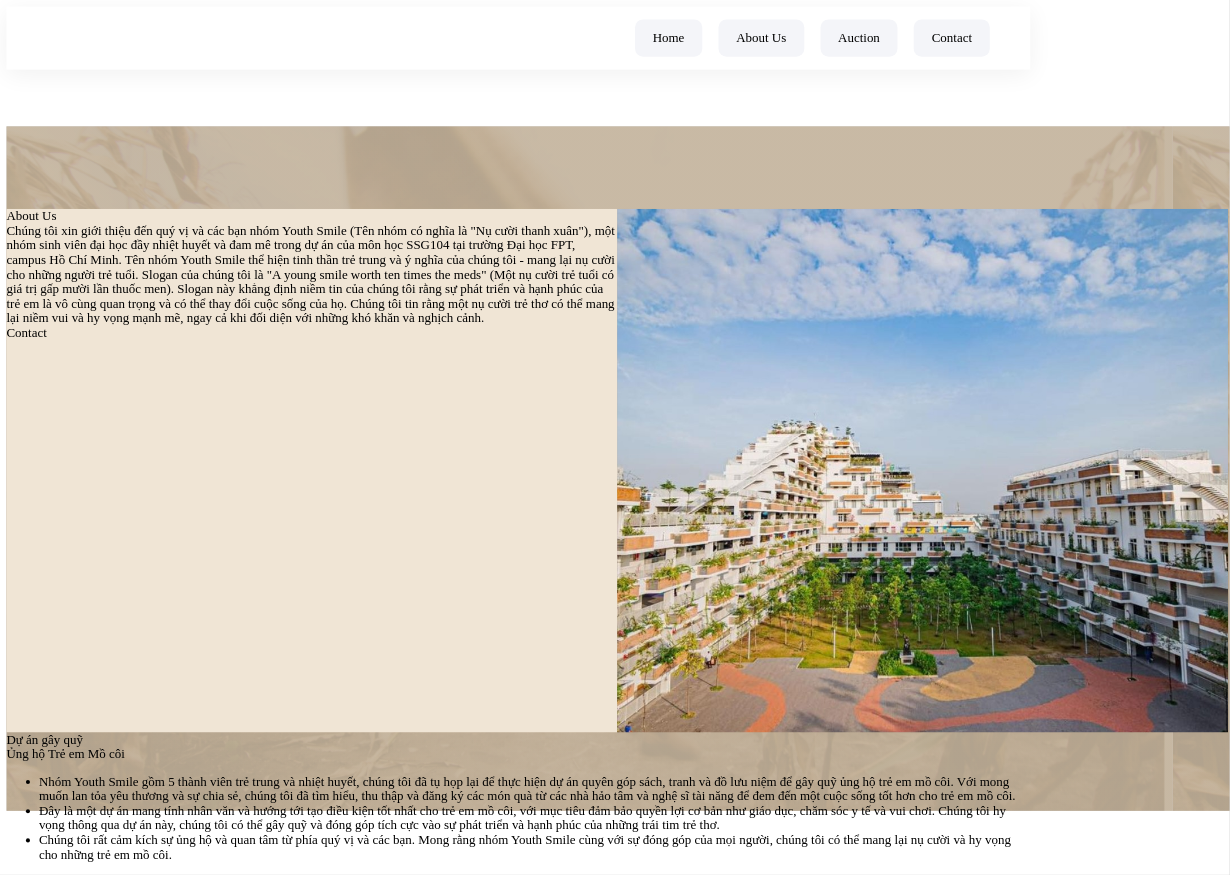
Repository: anatole24/Youth-Smile
Page: about.html
An editor plug-in stored every save of this project. The page is shown before and after the next save, followed by the edit.
The browser window is 1280 px wide. The page is 1518 px wide, so the pictures cover 1518 px, including what lies to the right of the window. The pictures show the whole page, at 81% of full size.
Some web fonts or font styles are not loaded; a fallback is used.

Above is the page before, as saved 2023-06-29 14:34:33.

### about.html
<!DOCTYPE html>
<head>
  <meta charset="UTF-8">
  <meta http-equiv="X-UA-Compatible" content="IE=edge">
  <meta name="viewport" content="width=device-width, initial-scale=1.0">
  <link rel="stylesheet" href="https://cdnjs.cloudflare.com/ajax/libs/font-awesome/6.4.0/css/all.min.css" integrity="sha512-iecdLmaskl7CVkqkXNQ/ZH/XLlvWZOJyj7Yy7tcenmpD1ypASozpmT/E0iPtmFIB46ZmdtAc9eNBvH0H/ZpiBw==" crossorigin="anonymous" referrerpolicy="no-referrer">
  <link rel="preconnect" href="https://fonts.googleapis.com">
  <link rel="preconnect" href="https://fonts.gstatic.com" crossorigin="">
  <link href="https://fonts.googleapis.com/css2?family=Dancing+Script&amp;family=Geologica&amp;family=Kaushan+Script&amp;family=Lobster&amp;family=Marck+Script&amp;family=Merienda&amp;family=Patrick+Hand&amp;family=Patrick+Hand+SC&amp;family=Playball&amp;family=Roboto&amp;family=Roboto+Condensed&amp;display=swap" rel="stylesheet">
  <link rel="stylesheet" href="header.css">
  <link rel="stylesheet" href="about.css">
  <title>About Us</title>
  <body>
    <div class="header">
      <div class="header_container">
        <div class="header_list"><a class="header_item" href="./index.html">Home</a><a class="header_item" href="./about.html">About Us</a><a class="header_item" href="./auction.html">Auction</a><a class="header_item" href="./contact.html">Contact</a></div>
      </div>
    </div>
    <section class="about">
      <div class="about-top">
        <div class="top-img"></div>
        <div class="top-left">
          <div class="left-title">About Us</div>
          <div class="left-content">Chúng tôi xin giới thiệu đến quý vị và các bạn nhóm Youth Smile (Tên nhóm có nghĩa là "Nụ cười thanh xuân"), một nhóm sinh viên đại học đầy nhiệt huyết và đam mê trong dự án của môn học SSG104 tại trường Đại học FPT, campus Hồ Chí Minh. Tên nhóm Youth Smile thể hiện tinh thần trẻ trung và ý nghĩa của chúng tôi - mang lại nụ cười cho những người trẻ tuổi. Slogan của chúng tôi là "A young smile worth ten times the meds" (Một nụ cười trẻ tuổi có giá trị gấp mười lần thuốc men). Slogan này khẳng định niềm tin của chúng tôi rằng sự phát triển và hạnh phúc của trẻ em là vô cùng quan trọng và có thể thay đổi cuộc sống của họ. Chúng tôi tin rằng một nụ cười trẻ thơ có thể mang lại niềm vui và hy vọng mạnh mẽ, ngay cả khi đối diện với những khó khăn và nghịch cảnh.</div><a class="left-button" href="./contact.html">Contact</a>
        </div>
        <div class="top-right"></div>
        <div class="top-image"></div>
      </div>
      <div class="about-center">
        <div class="center-img"></div>
        <div class="center-left"> </div>
        <div class="center-right">
          <div class="right-title">Dự án gây quỹ </div>
          <div class="right-title2">Ủng hộ Trẻ em Mồ côi</div>
          <div class="right-content">
            <ul>
              <li>Nhóm Youth Smile gồm 5 thành viên trẻ trung và nhiệt huyết, chúng tôi đã tụ họp lại để thực hiện dự án quyên góp sách, tranh và đồ lưu niệm để gây quỹ ủng hộ trẻ em mồ côi. Với mong muốn lan tỏa yêu thương và sự chia sẻ, chúng tôi đã tìm hiểu, thu thập và đăng ký các món quà từ các nhà hảo tâm và nghệ sĩ tài năng để đem đến một cuộc sống tốt hơn cho trẻ em mồ côi.</li>
              <li>Đây là một dự án mang tính nhân văn và hướng tới tạo điều kiện tốt nhất cho trẻ em mồ côi, với mục tiêu đảm bảo quyền lợi cơ bản như giáo dục, chăm sóc y tế và vui chơi. Chúng tôi hy vọng thông qua dự án này, chúng tôi có thể gây quỹ và đóng góp tích cực vào sự phát triển và hạnh phúc của những trái tim trẻ thơ.</li>
              <li>Chúng tôi rất cảm kích sự ủng hộ và quan tâm từ phía quý vị và các bạn. Mong rằng nhóm Youth Smile cùng với sự đóng góp của mọi người, chúng tôi có thể mang lại nụ cười và hy vọng cho những trẻ em mồ côi.</li>
            </ul>
          </div>
        </div>
      </div>
    </section>
  </body>
</head>

### header.css
:root {
  --primary-color: #c08d18bb;
}
body {
  overflow-x: hidden;
}
a {
  text-decoration: none;
  color: inherit;
}
button {
  cursor: pointer;
  outline: none;
  font: inherit;
  background-color: transparent;
  border: none;
}

.header {
  background-color: white;
  padding: 16px 0;
  box-shadow: 0px 6px 30px 0px rgba(15, 15, 15, 0.06);
  margin-bottom: 70px;
}
.header_container {
  margin: 0 auto;
}
.header_list {
  margin-right: 50px;
  display: flex;
  align-items: center;
  justify-content: flex-end;
  gap: 20px;
  flex-direction: row;
  flex-wrap: nowrap;
}
.header_item {
  padding: 14px 22px;
  border-radius: 10px;
  background-color: #f4f5f9;
  display: block;
  transition: background-color 0.2s linear, color 0.25s ease-in;
}
.header_item:hover {
  background-color: #c08d18bb;
  color: white;
}

### about.css
:root {
  --primary-color: #77472d;
  --second-color: #f0e5d5;
}
.top-img {
  width: 1510px;
  height: 845px;
  flex-shrink: 0;
  background: linear-gradient(
      0deg,
      rgba(234, 232, 218, 0.01) 0%,
      rgba(234, 232, 218, 0.01) 100%
    ),
    url("./images/a-back.png"), lightgray 50% / cover no-repeat;
}
.top-left {
  width: 754px;
  height: 646px;
  margin-top: -743px;
  flex-shrink: 0;
  background: #f0e5d5;
}
.top-title {
  width: 170px;
  height: 79.946px;
  margin-top: 93px;
  margin-left: 112px;
  color: #28110a;
  font-size: 48px;
  font-style: normal;
  font-weight: 400;
  line-height: normal;
}
.top-right {
  width: 754px;
  height: 646px;
  margin-top: -646px;
  margin-left: 754px;
  flex-shrink: 0;
  background: url("./images/fpt-campus.jpg") no-repeat center right/ cover;
  object-position: bottom;
}

After the next save:
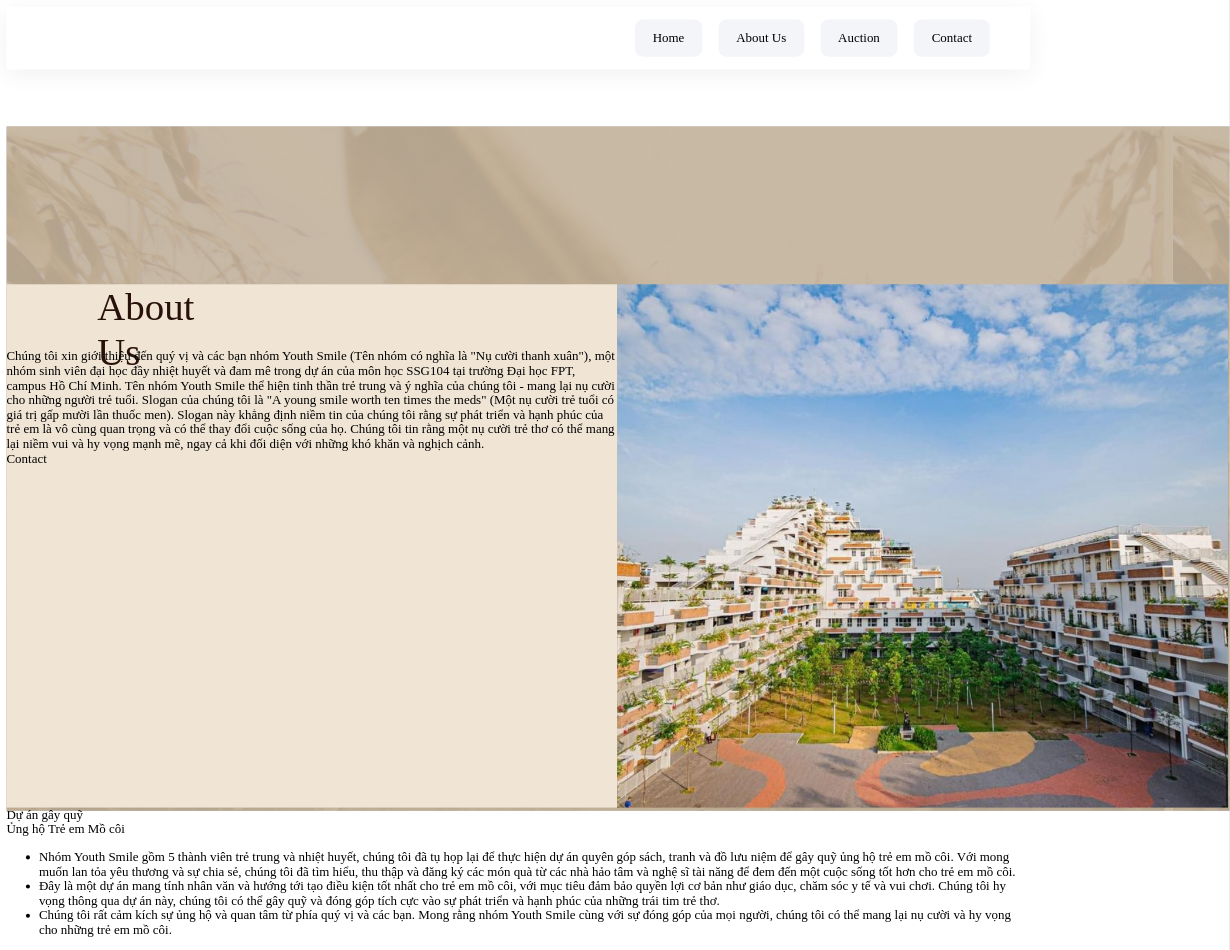
Saved 4 s later.
--- a/about.css
+++ b/about.css
@@ -20,7 +20,7 @@
   flex-shrink: 0;
   background: #f0e5d5;
 }
-.top-title {
+.left-title {
   width: 170px;
   height: 79.946px;
   margin-top: 93px;
